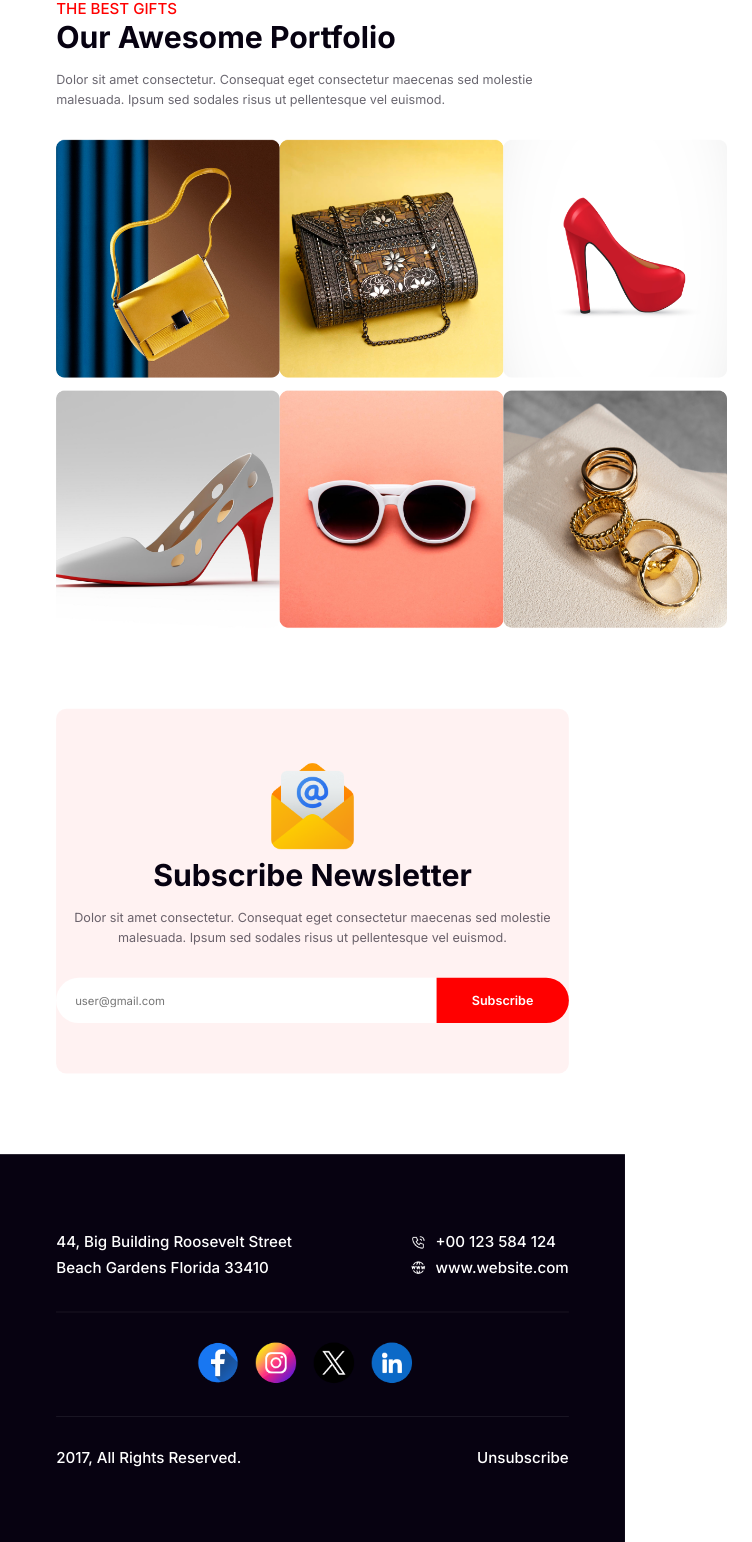
Repository: ShouravAhammed/simple-responsive-new-year
Page: index.html
These files come from the project's save history. The page is drawn as it stood at one moment and after the next save; the edit follows.
The browser window is 992 px wide. The page is 1154 px wide, then 1194 px, so the pictures cover 1194 px, including what lies to the right of the window. The pictures show the whole page, at 63% of full size.

Above is the page before, as saved 2024-01-11 18:07:53.

After the next save:
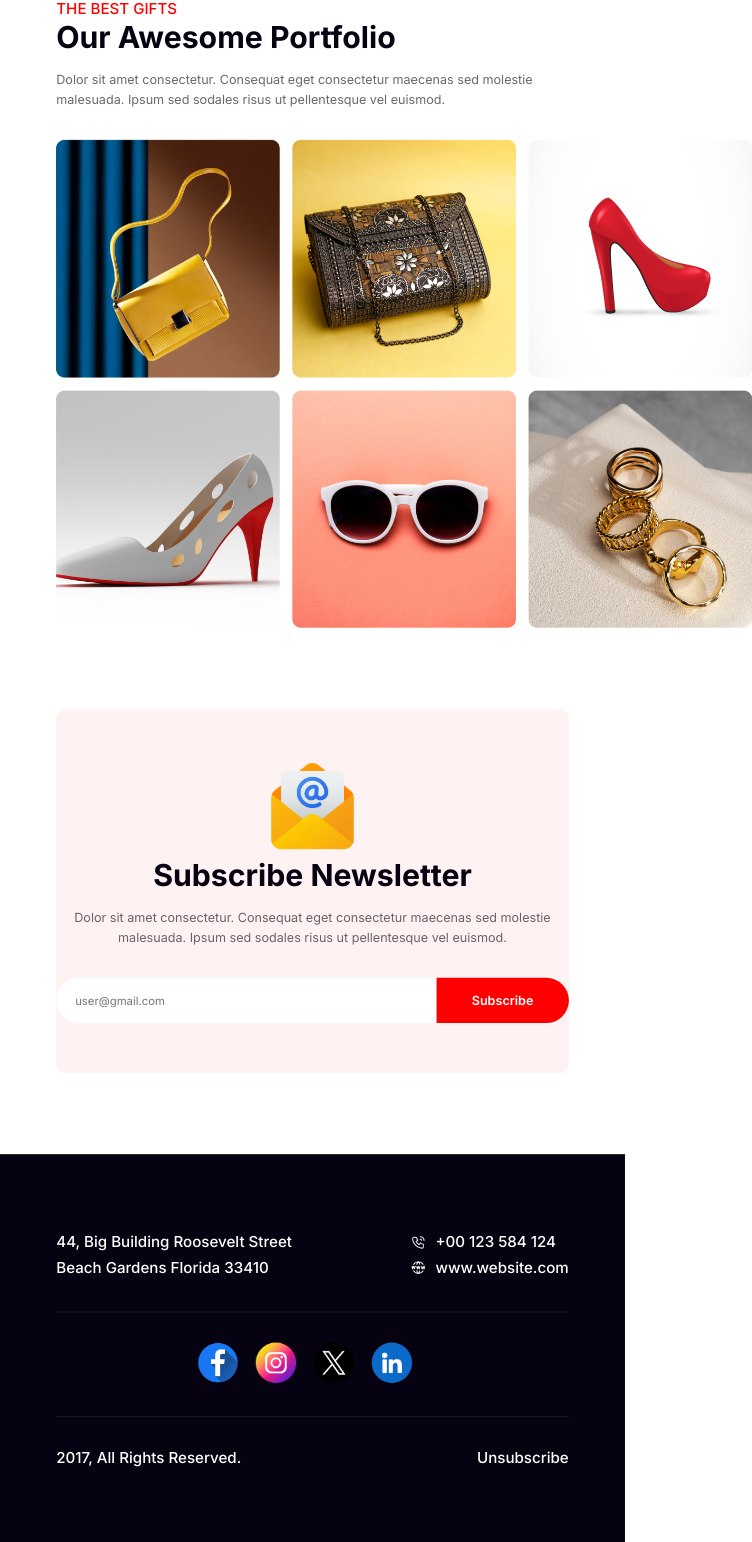
Saved 57 s later.
--- a/Style/style.css
+++ b/Style/style.css
@@ -628,4 +628,7 @@
     .banner-container .banner-content {
         width: 100%;
     }
-}
+    .portfolio-container .portfolio-content {
+        gap: 20px;
+    }
+}
